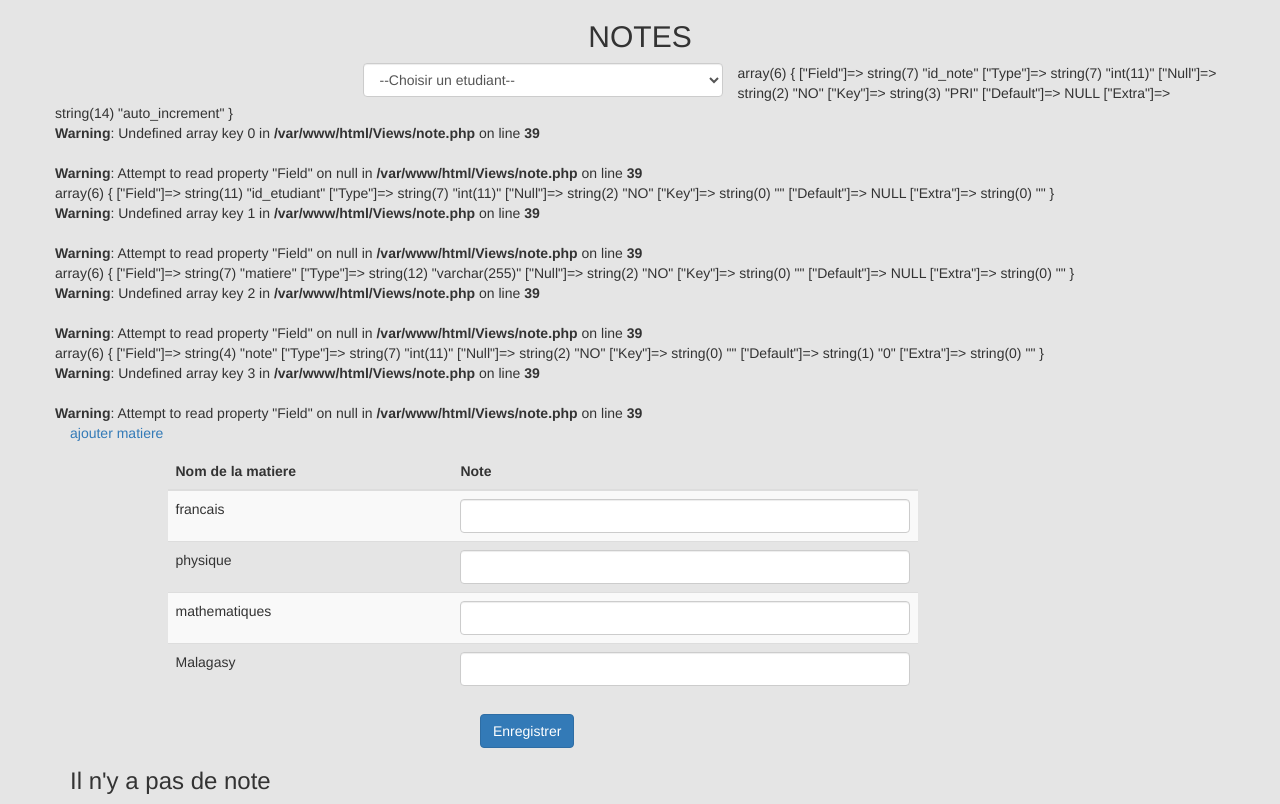
Repository: mitantsoa1/CRUD-note
Page: http://localhost/note
The author's editor kept a copy of each file at every save. The page is drawn from the files as they stood at one save, then again after the next save.
The browser window is 1280 px wide. The pictures show the whole page.
The page is run by PHP 8.4 with error messages shown; the project is at /var/www/html/. The database holds what the project's SQL file puts in it.

Above is the page before, as saved 2021-02-12 10:50:54.
Console error: SyntaxError: Unexpected token '<'

After the next save:
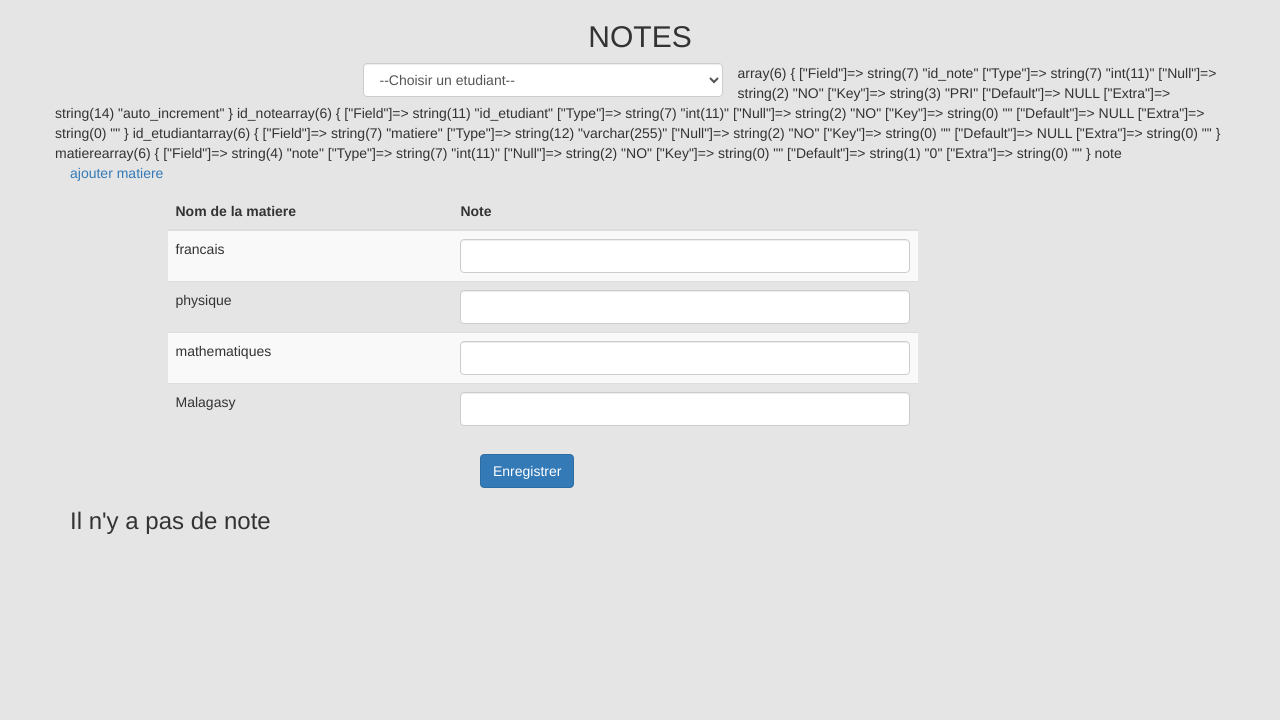
Saved 57 s later.
--- a/Views/note.php
+++ b/Views/note.php
@@ -36,7 +36,7 @@ Controllers::includeCSS(["all","bootstrap.min","sweetalert2.min","style","util"]
                             $i=0;
                             while($tab= $stmt->fetch(PDO::FETCH_ASSOC)){
                                 var_dump($tab);
-                                echo $tab[$i]->Field;
+                                echo $tab["Field"];
                                 $i++;
 
                             }
